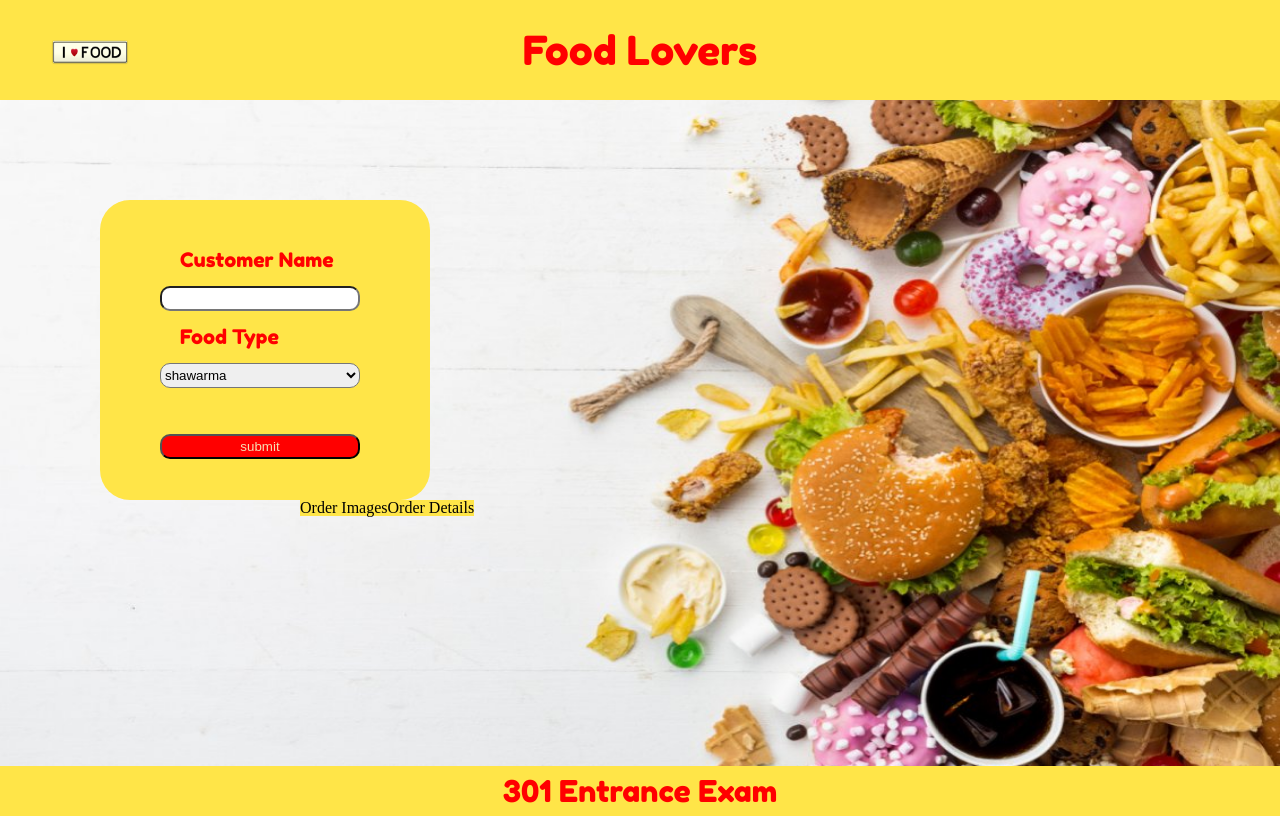
Repository: Razan-am/foodLovers
Page: index.html
The author's editor kept a copy of each file at every save. The page is drawn from the files as they stood at one save, then again after the next save.
The browser window is 1280 px wide. The pictures show the whole page.

Above is the page before, as saved 2021-06-01 11:21:12.

### index.html
<!DOCTYPE html>
<html lang="en">

<head>
    <meta charset="UTF-8">
    <meta http-equiv="X-UA-Compatible" content="IE=edge">
    <meta name="viewport" content="width=device-width, initial-scale=1.0">
    <title>Food Lovers</title>
    <link rel="preconnect" href="https://fonts.gstatic.com">
    <link href="https://fonts.googleapis.com/css2?family=Fredoka+One&display=swap" rel="stylesheet">
    <link rel="stylesheet" href="css/reset.css">
    <link rel="stylesheet" href="css/style.css">
</head>

<body>
    <header>
        <h1>Food Lovers</h1>
        <img src="images/css images/logo.png" alt="logo">
    </header>
    <main>
        <form action="" id="myForm">
            <fieldset>
                <label for="name">Customer Name</label>
                <br/><br/>
                <input type="text" id="name" name="name">
                <br/><br/>
                <label for="food">Food Type</label>
                <br/><br/>
                <select name="food" id="food">
                    <option value="shawarma">shawarma</option>
                    <option value="pizza">pizza</option>
                    <option value="burger">burger</option>
                </select>
                <br/><br/>
                <input type="submit" value="submit">
            </fieldset>
        </form>
        <table id="myTable">
            <tr>
                <th>Order Images</th>
                <th>Order Details</th>
            </tr>
        </table>
        <img src="images/css images/background.jpg" alt="backGround">
    </main>
    <footer>
        <p>301 Entrance Exam </p>
    </footer>
    <script src="js/app.js"></script>
</body>

</html>

### css/style.css
*{
    box-sizing: border-box;
}
header{
    background-color: rgba(255, 229, 72, 255);
    height: 100px;
}
h1{
    font-family: 'Fredoka One', cursive;
    color: red;
    text-align: center;
    font-size: 40px;
    font-weight: lighter;
    padding-top: 30px;
}

header img{
    top: 2px;
    left: 30px;
    position: absolute;
    width: 120px;
    height: 100px;
}
main img{
    top: 50px;
    position: absolute;
    z-index: -1;
    width: 100%;
    height: 100%;
}
form{
    display: inline-block;
    background-color:  rgba(255, 229, 72, 255);
    margin-top: 100px;
    margin-left: 100px;
    width: 330px;
    height: 300px;
    border-radius: 30px;
}
form label{
    top: 50px;
    position: relative;
    padding-left: 80px;
    font-size: 20px;
    color: red;
    font-family: 'Fredoka One', cursive;
}
form input{
    top: 50px;
    position: relative;
    margin-left: 60px;
    width: 200px;
    height: 25px;
    border-radius: 10px;
}
form select{
    top: 50px;
    position: relative;
    margin-left: 60px;
    width: 200px;
    height: 25px;
    border-radius: 10px;
    margin-bottom: 30px;
}
form input:last-of-type{
    background-color: red;
    color: wheat;
}
table{
    background-color: rgba(255, 229, 72, 255) ;
    margin-left: 300px;
}

table img{
    width: 50px;
    height: 50px;
}
table p{
    color: black;
    font-family: 'Fredoka One', cursive;
}
footer{
    background-color: rgba(255, 229, 72, 255);
    margin-top: 250px;
    height: 50px;
}
footer p{
    text-align: center;
    color: red;
    font-size: 30px;
    padding-top: 10px;
    font-family: 'Fredoka One', cursive;
}

### js/app.js
'use strict';

let myForm = document.getElementById('myForm');
let myTable = document.getElementById('myTable');


let mainArr = [];
function Foods(userName,foodType){
    this.userName=userName;
    this.foodType=foodType;
    this.img=`images/${foodType}.jpg`
    mainArr.push(this);
}
console.log(mainArr);

myForm.addEventListener('submit',handleEvent);
function handleEvent(event){
    event.preventDefault();

    let userName = event.target.name.value;
    let foodType = event.target.food.value;
    console.log(foodType);
    new Foods(userName,foodType);
    setting();
    render();
}

function randomNumber(min,max){
    min = Math.ceil(min);
    max = Math.floor(max);
    return Math.floor(Math.random() * (max - min) + min)
}

function render(){
    let tBody = document.createElement('tr');
    myTable.appendChild(tBody);

    for (let index = 0; index < mainArr.length; index++) {
        tBody.textContent='';

        let td1 = document.createElement('td');
        tBody.appendChild(td1);

        let imgEl = document.createElement('img');
        td1.appendChild(imgEl);
        imgEl.setAttribute('src', mainArr[index].img);

        let td2 = document.createElement('td');
        tBody.appendChild(td2);

        let pEl1 = document.createElement('p');
        td2.appendChild(pEl1);
        pEl1.textContent=`Customer Name:${mainArr[index].userName}`;
        let pEl2 = document.createElement('p');
        td2.appendChild(pEl2);
        pEl2.textContent=`Food Type:${mainArr[index].foodType}`;
        let pEl3 = document.createElement('p');
        td2.appendChild(pEl3);
        pEl3.textContent=`Food Price:${randomNumber(1,100)}`;


    }
}

function setting(){
    let data = JSON.stringify(mainArr);
    localStorage.setItem('information',data);
}

function getting(){
    let stringObj = localStorage.getItem('information');
    let normalObj = JSON.parse(stringObj);

    if(normalObj !== null){
        mainArr = normalObj;
    }
    render();
}
getting();

Loaded but not shown: css/reset.css (common file)

After the next save:
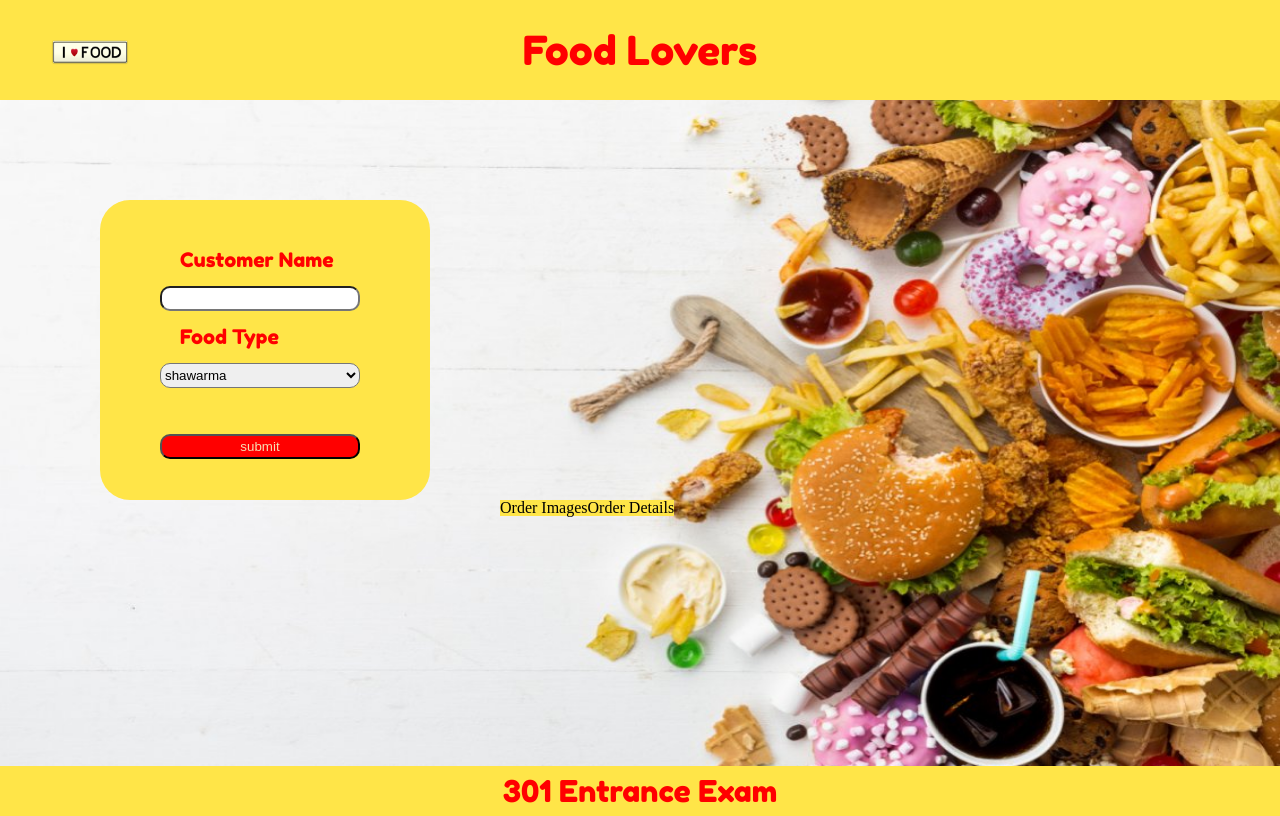
Saved 4 s later.
--- a/css/style.css
+++ b/css/style.css
@@ -68,7 +68,7 @@ form input:last-of-type{
 }
 table{
     background-color: rgba(255, 229, 72, 255) ;
-    margin-left: 300px;
+    margin-left: 500px;
 }
 
 table img{
